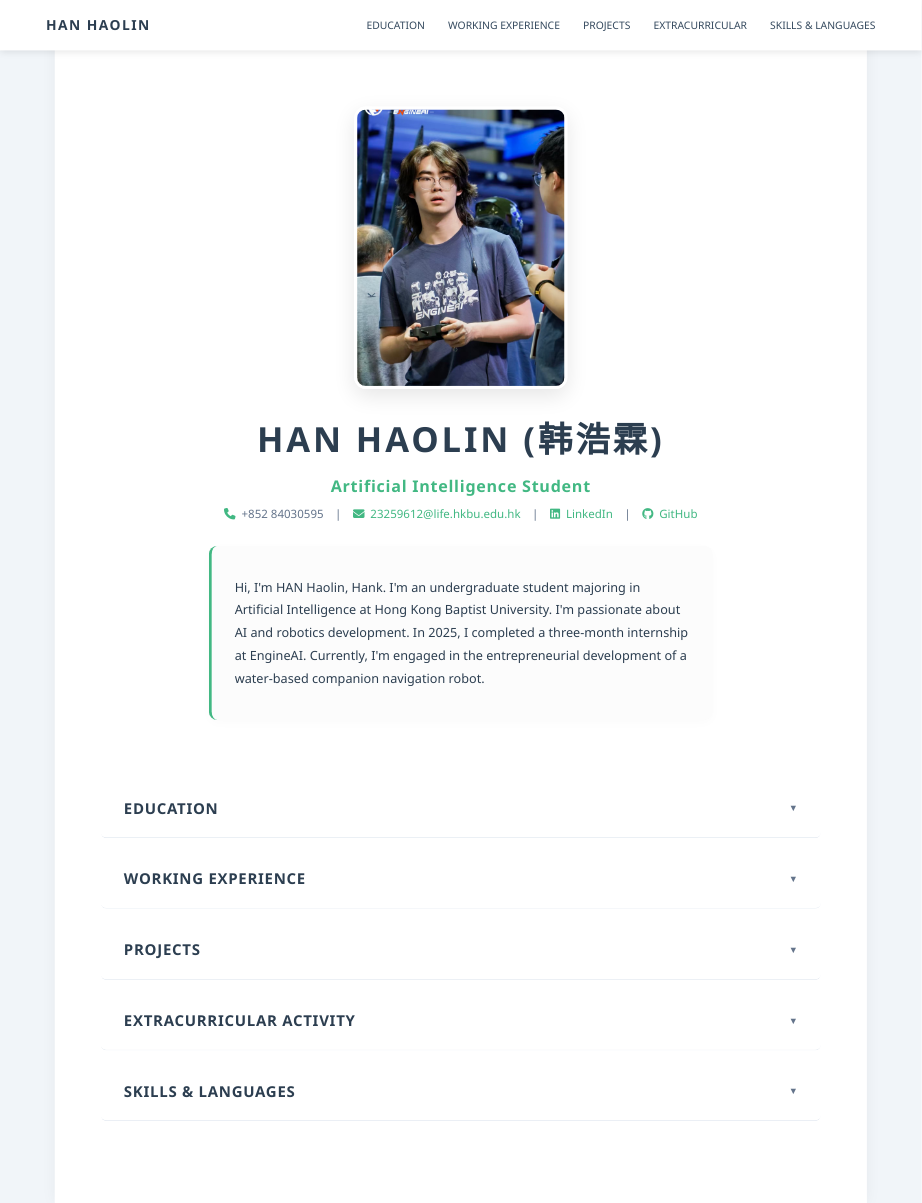
Repository: hhl2802149944-afk/hhl2802149944-afk.github.io
Page: /
An editor plug-in stored every save of this project. The page is shown before and after the next save, followed by the edit.
The browser window is 1280 px wide. The pictures show the whole page, at 72% of full size.
The project was rebuilt for these pictures with package versions that can differ from the ones it lists, and the page was loaded fresh each time. Also part of the build but not shown: vite.config.js, src/components/ProjectCard.vue.

Above is the page before, as saved 2026-01-19 15:50:23.

### index.html
<!DOCTYPE html>
<html lang="en">
  <head>
    <meta charset="UTF-8">
    <link rel="icon" href="/favicon.ico">
    <meta name="viewport" content="width=device-width, initial-scale=1.0">
    <title>Han Haolin - Resume</title>
  </head>
  <body>
    <div id="app"></div>
    <script type="module" src="/src/main.js"></script>
  </body>
</html>

### src/main.js
import { createApp } from 'vue'
import App from './App.vue'
import router from './router'
import './assets/main.css'
import '@fortawesome/fontawesome-free/css/all.css'

const app = createApp(App)

app.use(router)

app.mount('#app')

### src/App.vue
<script setup>
import { RouterView } from 'vue-router'
</script>

<template>
  <RouterView />
</template>

<style>
/* Global styles can go here */
</style>

### src/assets/main.css
:root {
  --primary-color: #2c3e50;
  --secondary-color: #34495e;
  --accent-color: #42b883;
  --text-color: #2c3e50;
  --light-text: #64748b;
  --bg-color: #f1f5f9;
  --card-bg: #ffffff;
  --border-color: #e2e8f0;
}

body {
  margin: 0;
  font-family: 'Segoe UI', Roboto, Helvetica, Arial, sans-serif;
  background-color: var(--bg-color);
  color: var(--text-color);
  line-height: 1.6;
}

#app {
  max-width: 1000px;
  margin: 0 auto;
  min-height: 100vh;
  background-color: white;
  box-shadow: 0 0 20px rgba(0,0,0,0.05);
  padding: 3rem 4rem;
}

h1, h2, h3, h4 {
  color: var(--primary-color);
  margin-top: 0;
}

a {
  color: var(--accent-color);
  text-decoration: none;
  transition: color 0.2s;
}

a:hover {
  color: var(--secondary-color);
  text-decoration: underline;
}

@media (max-width: 768px) {
  #app {
    padding: 2rem;
  }
}

@media (max-width: 480px) {
  #app {
    padding: 1rem;
  }
}

### src/views/HomeView.vue
<script setup>
import NavBar from '../components/NavBar.vue'
import ResumeHeader from '../components/ResumeHeader.vue'
import ResumeSection from '../components/ResumeSection.vue'
import ProjectCard from '../components/ProjectCard.vue'

const resumeData = {
  name: "Han Haolin (韩浩霖)",
  title: "Artificial Intelligence Student",
  summary: "Hi, I'm HAN Haolin, Hank. I'm an undergraduate student majoring in Artificial Intelligence at Hong Kong Baptist University. I'm passionate about AI and robotics development. In 2025, I completed a three-month internship at EngineAI. Currently, I'm engaged in the entrepreneurial development of a water-based companion navigation robot.",
  contact: {
    phone: "+852 84030595",
    email: "23259612@life.hkbu.edu.hk",
    linkedin: "https://linkedin.com/in/HaolinHAN",
    github: "https://github.com/hhl2802149944-afk"
  },
  education: {
    school: "Hong Kong Baptist University",
    major: "Artificial Intelligence",
    gpa: "3.01/4",
    courses: ["Artificial Intelligence and Machine Learning", "Software Engineering", "Data Communications and Networking"]
  },
  experience: [
    {
      name: "EngineAI Robotics Technology Co., Ltd.",
      date: "May - Aug 2025",
      role: "Robot Embedded Software Intern",
      details: [
        "Learning robot embedded software development based on the Ubuntu system, conducting factory testing of products and developing with the Intel RealSense D435i.",
        "Participate in world-class artificial intelligence exhibitions such as Macau EXPO and WRC, showcasing company products while conducting market research and sales activities"
      ]
    },
    {
      name: "Student Helper for Computer Science",
      date: "Nov - Dec 2024",
      role: "Hong Kong Baptist University",
      details: [
        "Facilitated weekly Python programming labs under professor supervision.",
        "Providing hands-on coding guidance to 30+ undergraduate students."
      ]
    }
  ],
  projects: [
    {
      name: "Internship Management System Documentation",
      date: "Oct 2025 - Dec 2025",
      role: "Software Engineering Project",
      details: [
        "Proposal for Enhancements and Testing Plan for the Internship System.",
        "Total: 105 pages, 13,377 words."
      ]
    },
    {
      name: "Online Multiplayer Drawing and Chat Platform",
      date: "2025",
      role: "Full-Stack Developer",
      details: [
        "Designed and implemented a real-time multiplayer drawing and chat system.",
        "Full-Stack Design for a Library Management Website."
      ]
    },
    {
      name: "Java Game Development Portfolio",
      date: "2024",
      role: "Game Programmer",
      details: [
        "Successfully developed three classic games: Labyrinth, Tetris, and Modern Art.",
        "Designed and developed an original computer game as an independent project."
      ]
    },
    {
      name: "Soccer Recognition AI System",
      date: "2025",
      role: "AI Developer",
      details: [
        "Developed an autonomous model for identifying and tracking players and the ball in soccer footage.",
        "Implemented computer vision algorithms to process real-time sports video data."
      ]
    }
  ],
  extracurricular: [
    {
      name: "Internal Vice President",
      date: "Apr 2024 - Apr 2025",
      role: "HKBU Chinese Students and Scholars Association",
      details: [
        "Communicated with executive board members, organized team building, and improved cohesion.",
        "Organised a two-week orientation programme for 300 new mainland students.",
        "Managed a total of 13 events during the year."
      ]
    },
    {
      name: "ROBOCON 2025，HKBU",
      date: "Dec 2024 - Jan 2025",
      role: "Mechanical Design and Programming Engineer",
      details: [
        "Mechanical designer for the HKBU team in the 2025 Robocon robotics competition.",
        "Assisted with site identification and programming of AI autonomous task modules."
      ]
    }
  ],
  skills: {
    programming: ["Python", "Java", "Javascript", "HTML", "Markdown"],
    ai_tech: ["CNN", "RNN", "GAN", "Ubuntu"],
    publicity: ["Canva", "WeChat Public", "Capcut"]
  },
  languages: [
    { name: "Mandarin", level: "Native" },
    { name: "English", level: "Fluent" },
    { name: "Cantonese", level: "Basic" }
  ]
}
</script>

<template>
  <NavBar />
  <main class="resume-container">
    <ResumeHeader
      :name="resumeData.name"
      :title="resumeData.title"
      :contact="resumeData.contact"
      :summary="resumeData.summary"
    />

    <ResumeSection title="Education" id="education">
      <template #icon><i class="fas fa-graduation-cap"></i></template>
      <div class="education-item">
        <div class="edu-header">
          <h3>{{ resumeData.education.school }}</h3>
          <span class="gpa">cGPA: {{ resumeData.education.gpa }}</span>
        </div>
        <p class="major">Major: {{ resumeData.education.major }}</p>
        <p class="courses"><strong>Core Courses:</strong> {{ resumeData.education.courses.join(', ') }}</p>
      </div>
    </ResumeSection>

    <ResumeSection title="Working Experience" id="experience">
      <template #icon><i class="fas fa-briefcase"></i></template>
      <ProjectCard
        v-for="(exp, index) in resumeData.experience"
        :key="index"
        :project="exp"
      />
    </ResumeSection>

    <ResumeSection title="Projects" id="projects">
      <template #icon><i class="fas fa-code"></i></template>
      <ProjectCard
        v-for="(proj, index) in resumeData.projects"
        :key="index"
        :project="proj"
      />
    </ResumeSection>

    <ResumeSection title="Extracurricular Activity" id="extracurricular">
      <template #icon><i class="fas fa-users"></i></template>
      <ProjectCard
        v-for="(item, index) in resumeData.extracurricular"
        :key="index"
        :project="item"
      />
    </ResumeSection>

    <ResumeSection title="Skills & Languages" id="skills">
      <template #icon><i class="fas fa-tools"></i></template>
      <div class="skills-lang-grid">
        <div class="skills-grid">
          <div class="skill-category">
            <h4>Programming</h4>
            <div class="skill-tags">
              <span v-for="skill in resumeData.skills.programming" :key="skill" class="tag">{{ skill }}</span>
            </div>
          </div>
          <div class="skill-category">
            <h4>AI & Tools</h4>
            <div class="skill-tags">
              <span v-for="skill in resumeData.skills.ai_tech" :key="skill" class="tag">{{ skill }}</span>
            </div>
          </div>
          <div class="skill-category">
            <h4>Publicity & Design</h4>
            <div class="skill-tags">
              <span v-for="skill in resumeData.skills.publicity" :key="skill" class="tag">{{ skill }}</span>
            </div>
          </div>
        </div>

        <div class="lang-list">
          <div v-for="lang in resumeData.languages" :key="lang.name" class="lang-item">
            <span class="lang-name">{{ lang.name }}</span>
            <span class="lang-level">{{ lang.level }}</span>
          </div>
        </div>
      </div>
    </ResumeSection>
  </main>
</template>

<style scoped>
.resume-container {
  padding-bottom: 50px;
}

.education-item {
  margin-bottom: 1.5rem;
}

.edu-header {
  display: flex;
  justify-content: space-between;
  align-items: center;
}

.major {
  font-weight: bold;
  color: var(--accent-color);
  margin: 0.2rem 0;
}

.courses {
  font-size: 0.9rem;
  color: #555;
}

.skills-lang-grid {
  display: grid;
  grid-template-columns: 2fr 1fr;
  gap: 2rem;
  align-items: start;
}

.skills-grid {
  display: flex;
  flex-direction: column;
  gap: 1.5rem;
}

.skill-category h4 {
  margin-bottom: 1rem;
  color: var(--secondary-color);
  border-bottom: 1px solid #ddd;
  padding-bottom: 0.3rem;
  font-size: 1rem;
}

.skill-tags {
  display: flex;
  flex-wrap: wrap;
  gap: 0.5rem;
}

.tag {
  background: #eef2f7;
  padding: 0.3rem 0.8rem;
  border-radius: 15px;
  font-size: 0.85rem;
  color: var(--primary-color);
}

.lang-list {
  display: flex;
  flex-direction: column;
  gap: 0.8rem;
}

.lang-item {
  display: flex;
  justify-content: space-between;
  padding: 0.5rem;
  background: white;
  border-radius: 4px;
  border-left: 3px solid var(--accent-color);
  box-shadow: 0 1px 3px rgba(0,0,0,0.05);
}

.lang-name {
  font-weight: bold;
}

.lang-level {
  color: #666;
  font-size: 0.9rem;
}

@media (max-width: 768px) {
  .skills-lang-grid {
    grid-template-columns: 1fr;
  }
}
</style>

### src/components/NavBar.vue
<script setup>
import { ref } from 'vue'

const isMenuOpen = ref(false)

const sections = [
  { id: 'education', name: 'Education' },
  { id: 'experience', name: 'Working Experience' },
  { id: 'projects', name: 'Projects' },
  { id: 'extracurricular', name: 'Extracurricular' },
  { id: 'skills', name: 'Skills & Languages' }
]

const scrollToSection = (id) => {
  const el = document.getElementById(id)
  if (el) {
    el.scrollIntoView({ behavior: 'smooth' })
  }
  isMenuOpen.value = false
}
</script>

<template>
  <nav class="navbar">
    <div class="nav-container">
      <div class="nav-logo" @click="scrollToSection('hero')">HAN HAOLIN</div>

      <div class="nav-links" :class="{ 'nav-active': isMenuOpen }">
        <div v-for="section in sections"
             :key="section.id"
             class="nav-item"
             @click="scrollToSection(section.id)">
          {{ section.name }}
        </div>
      </div>

      <div class="burger" @click="isMenuOpen = !isMenuOpen">
        <div class="line1"></div>
        <div class="line2"></div>
        <div class="line3"></div>
      </div>
    </div>
  </nav>
</template>

<style scoped>
.navbar {
  position: fixed;
  top: 0;
  left: 0;
  width: 100%;
  height: 70px;
  background: white;
  display: flex;
  justify-content: center;
  align-items: center;
  z-index: 1000;
  box-shadow: 0 2px 10px rgba(0,0,0,0.1);
}

.nav-container {
  width: 90%;
  max-width: 1200px;
  display: flex;
  justify-content: space-between;
  align-items: center;
}

.nav-logo {
  font-weight: bold;
  font-size: 1.2rem;
  letter-spacing: 2px;
  cursor: pointer;
  color: var(--primary-color);
}

.nav-links {
  display: flex;
  gap: 2rem;
}

.nav-item {
  cursor: pointer;
  font-weight: 500;
  color: var(--secondary-color);
  transition: color 0.3s;
  font-size: 0.9rem;
  text-transform: uppercase;
}

.nav-item:hover {
  color: var(--accent-color);
}

.burger {
  display: none;
  cursor: pointer;
}

.burger div {
  width: 25px;
  height: 3px;
  background-color: var(--primary-color);
  margin: 5px;
  transition: all 0.3s ease;
}

@media screen and (max-width: 768px) {
  .nav-links {
    position: absolute;
    right: 0px;
    height: 92vh;
    top: 70px;
    background-color: white;
    display: flex;
    flex-direction: column;
    align-items: center;
    width: 50%;
    transform: translateX(100%);
    transition: transform 0.5s ease-in;
    padding-top: 2rem;
  }

  .nav-links.nav-active {
    transform: translateX(0%);
  }

  .burger {
    display: block;
  }
}
</style>

### src/components/ResumeHeader.vue
<script setup>
defineProps({
  name: String,
  title: String,
  contact: Object,
  summary: String
})

const imageUrl = '/assets/HAN Haolin.jpg'
</script>

<template>
  <header class="resume-header" id="hero">
    <div class="header-content">
      <div class="profile-pic-container">
        <img :src="imageUrl" alt="Han Haolin" class="profile-pic">
      </div>
      <div class="text-info">
        <h1>{{ name }}</h1>
        <p class="subtitle">{{ title }}</p>
        <div class="contact-info">
          <span><i class="fas fa-phone"></i> {{ contact.phone }}</span> |
          <a :href="'mailto:' + contact.email"><i class="fas fa-envelope"></i> {{ contact.email }}</a> |
          <a :href="contact.linkedin" target="_blank"><i class="fab fa-linkedin"></i> LinkedIn</a> |
          <a :href="contact.github" target="_blank"><i class="fab fa-github"></i> GitHub</a>
        </div>
        <div class="about-me">
          <p>{{ summary }}</p>
        </div>
      </div>
    </div>
  </header>
</template>

<style scoped>
.resume-header {
  padding: 100px 0 50px 0;
  margin-bottom: 2rem;
  text-align: center;
}

.header-content {
  display: flex;
  flex-direction: column;
  align-items: center;
  gap: 2rem;
}

.text-info {
  max-width: 700px;
}

h1 {
  margin: 0;
  font-size: 3rem;
  text-transform: uppercase;
  letter-spacing: 4px;
  color: var(--primary-color);
}

.subtitle {
  font-size: 1.4rem;
  color: var(--accent-color);
  font-weight: 600;
  margin: 0.5rem 0;
  letter-spacing: 1px;
}

.contact-info {
  font-size: 1rem;
  color: var(--light-text);
  margin-bottom: 2rem;
  display: flex;
  justify-content: center;
  align-items: center;
  gap: 1rem;
  flex-wrap: wrap;
}

.contact-info i {
  color: var(--accent-color);
  margin-right: 4px;
}

.about-me {
  text-align: left;
  line-height: 1.8;
  font-size: 1.1rem;
  color: var(--text-color);
  background: #fcfcfc;
  padding: 1.5rem 2rem;
  border-radius: 12px;
  border-left: 4px solid var(--accent-color);
  box-shadow: 0 4px 15px rgba(0,0,0,0.02);
}

.profile-pic-container {
  width: 288px; /* 240 * 1.2 */
  height: 384px; /* 320 * 1.2 */
  border-radius: 16px;
  overflow: hidden;
  box-shadow: 0 10px 30px rgba(0,0,0,0.1);
  border: 4px solid white;
}

.profile-pic {
  width: 100%;
  height: 100%;
  object-fit: cover;
}

@media (max-width: 768px) {
  h1 { font-size: 2.2rem; }
  .profile-pic-container {
    width: 200px;
    height: 266px;
  }
}
</style>

### src/components/ResumeSection.vue
<script setup>
import { ref } from 'vue'

defineProps({
  title: String,
  id: String
})

const isOpen = ref(false)
</script>

<template>
  <section :id="id" class="resume-section">
    <div class="section-header" @click="isOpen = !isOpen">
      <h2>{{ title }}</h2>
      <span class="toggle-icon" :class="{ 'is-open': isOpen }">▼</span>
    </div>
    <transition name="fade">
      <div v-if="isOpen" class="section-content">
        <slot></slot>
      </div>
    </transition>
  </section>
</template>

<style scoped>
.resume-section {
  margin-bottom: 1rem;
  background: white;
  border-radius: 8px;
  overflow: hidden;
  border-bottom: 1px solid var(--border-color);
}

.section-header {
  padding: 1.5rem 2rem;
  display: flex;
  justify-content: space-between;
  align-items: center;
  cursor: pointer;
  background: #fff;
  transition: background 0.3s;
}

.section-header:hover {
  background: #fcfcfc;
}

h2 {
  font-size: 1.3rem;
  margin: 0;
  text-transform: uppercase;
  letter-spacing: 1px;
  color: var(--primary-color);
}

.toggle-icon {
  font-size: 0.8rem;
  transition: transform 0.3s;
  color: var(--light-text);
}

.toggle-icon.is-open {
  transform: rotate(180deg);
}

.section-content {
  padding: 0 2rem 2rem 2rem;
}

.fade-enter-active, .fade-leave-active {
  transition: opacity 0.3s ease, transform 0.3s ease;
}

.fade-enter-from, .fade-leave-to {
  opacity: 0;
  transform: translateY(-10px);
}
</style>

Loaded but not shown: src/router/index.js (common file)

After the next save:
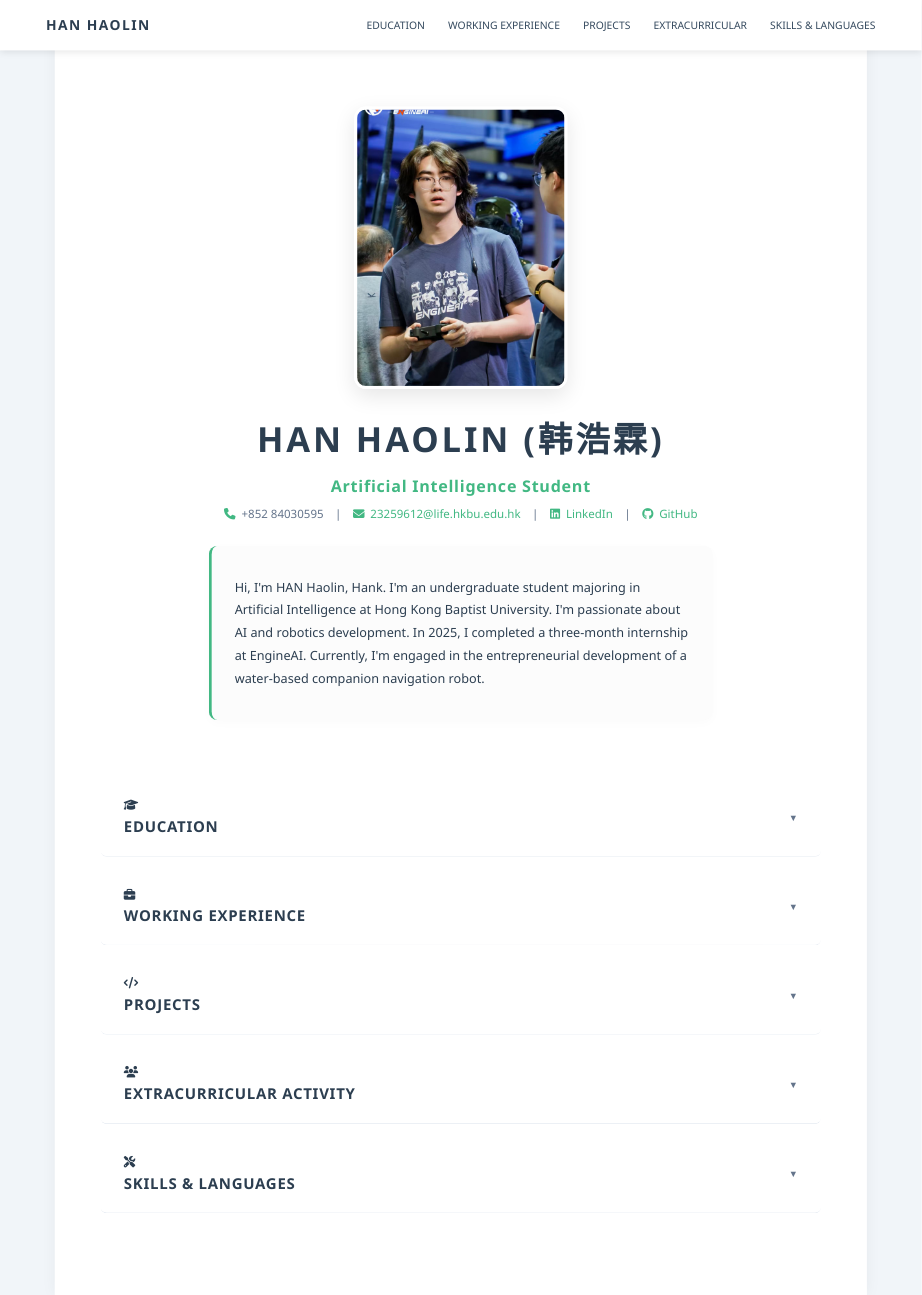
Saved 3 s later.
--- a/src/components/ResumeSection.vue
+++ b/src/components/ResumeSection.vue
@@ -12,7 +12,10 @@ const isOpen = ref(false)
 <template>
   <section :id="id" class="resume-section">
     <div class="section-header" @click="isOpen = !isOpen">
-      <h2>{{ title }}</h2>
+      <div class="title-with-icon">
+        <slot name="icon"></slot>
+        <h2>{{ title }}</h2>
+      </div>
       <span class="toggle-icon" :class="{ 'is-open': isOpen }">▼</span>
     </div>
     <transition name="fade">
